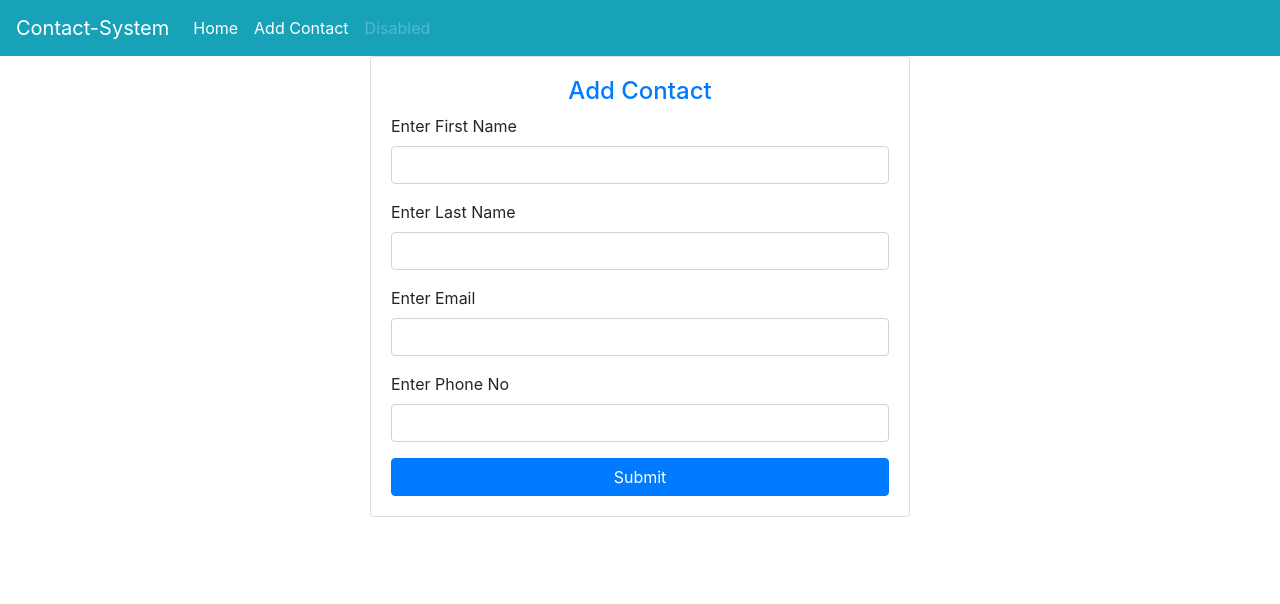
Repository: vivek9099/ContactManage
Page: http://localhost/addemp
An editor plug-in stored every save of this project. The page is shown before and after the next save, followed by the edit.
The browser window is 1280 px wide. The pictures show the whole page.
Some web libraries are served in a nearby version. The page is this project's Thymeleaf template; nobody is signed in. The template is opened directly, without the code that normally fills it, so the values that code supplies are empty.

Above is the page before, as saved 2023-03-28 11:02:14.

### Contact-System/src/main/resources/templates/addemp.html
<!doctype html>
<html lang="en" xmlns:th="http://www.thymeLeaf.com">
  <head>
    <!-- Required meta tags -->
    <meta charset="utf-8">
    <meta name="viewport" content="width=device-width, initial-scale=1, shrink-to-fit=no">

    <!-- Bootstrap CSS -->
    <link rel="stylesheet" href="https://cdn.jsdelivr.net/npm/bootstrap@4.0.0/dist/css/bootstrap.min.css" integrity="sha384-Gn5384xqQ1aoWXA+058RXPxPg6fy4IWvTNh0E263XmFcJlSAwiGgFAW/dAiS6JXm" crossorigin="anonymous">

    <title>HomePage</title>
  </head>
  <body>
  <!-- navbar -->
  <nav class="navbar navbar-expand-lg navbar-dark bg-info">
  <a class="navbar-brand" href="#">Contact-System</a>
  <button class="navbar-toggler" type="button" data-toggle="collapse" data-target="#navbarSupportedContent" aria-controls="navbarSupportedContent" aria-expanded="false" aria-label="Toggle navigation">
    <span class="navbar-toggler-icon"></span>
  </button>

  <div class="collapse navbar-collapse" id="navbarSupportedContent">
    <ul class="navbar-nav mr-auto">
      <li class="nav-item active">
        <a class="nav-link" href="#">Home <span class="sr-only">(current)</span></a>
      </li>
      <li class="nav-item active">
        <a class="nav-link" href="#">Add Contact</a>
      </li>

      <li class="nav-item">
        <a class="nav-link disabled" href="#">Disabled</a>
      </li>
    </ul>

  </div>
</nav>
<!--form-->
<div class="container p-10">
		<div class="row">
			<div class="col-md-6 offset-md-3">
				<div class="card">
					<div class="card-body">
						<h4 class="text-center text-primary">Add Contact</h4>

						<form th:action="@{/register}" method="post">

							<div class="form-group">
								<label>Enter First Name</label> <input type="text"
									class="form-control" name="fname">
							</div>

							<div class="form-group">
								<label>Enter Last Name</label> <input type="text"
									class="form-control" name="lname">
							</div>

							<div class="form-group">
								<label>Enter Email</label> <input type="email"
									class="form-control" name="email">
							</div>


							<div class="form-group">
								<label>Enter Phone No</label> <input type="number"
									class="form-control" name="phno">
							</div>




							<button class="btn btn-primary btn-block">Submit</button>
						</form>
					</div>
				</div>
			</div>
		</div>
	</div>


  </body>
</table>
</div>

    <!-- Optional JavaScript -->
    <!-- jQuery first, then Popper.js, then Bootstrap JS -->
    <script src="https://code.jquery.com/jquery-3.2.1.slim.min.js" integrity="sha384-KJ3o2DKtIkvYIK3UENzmM7KCkRr/rE9/Qpg6aAZGJwFDMVNA/GpGFF93hXpG5KkN" crossorigin="anonymous"></script>
    <script src="https://cdn.jsdelivr.net/npm/popper.js@1.12.9/dist/umd/popper.min.js" integrity="sha384-ApNbgh9B+Y1QKtv3Rn7W3mgPxhU9K/ScQsAP7hUibX39j7fakFPskvXusvfa0b4Q" crossorigin="anonymous"></script>
    <script src="https://cdn.jsdelivr.net/npm/bootstrap@4.0.0/dist/js/bootstrap.min.js" integrity="sha384-JZR6Spejh4U02d8jOt6vLEHfe/JQGiRRSQQxSfFWpi1MquVdAyjUar5+76PVCmYl" crossorigin="anonymous"></script>
  </body>
</html>

After the next save:
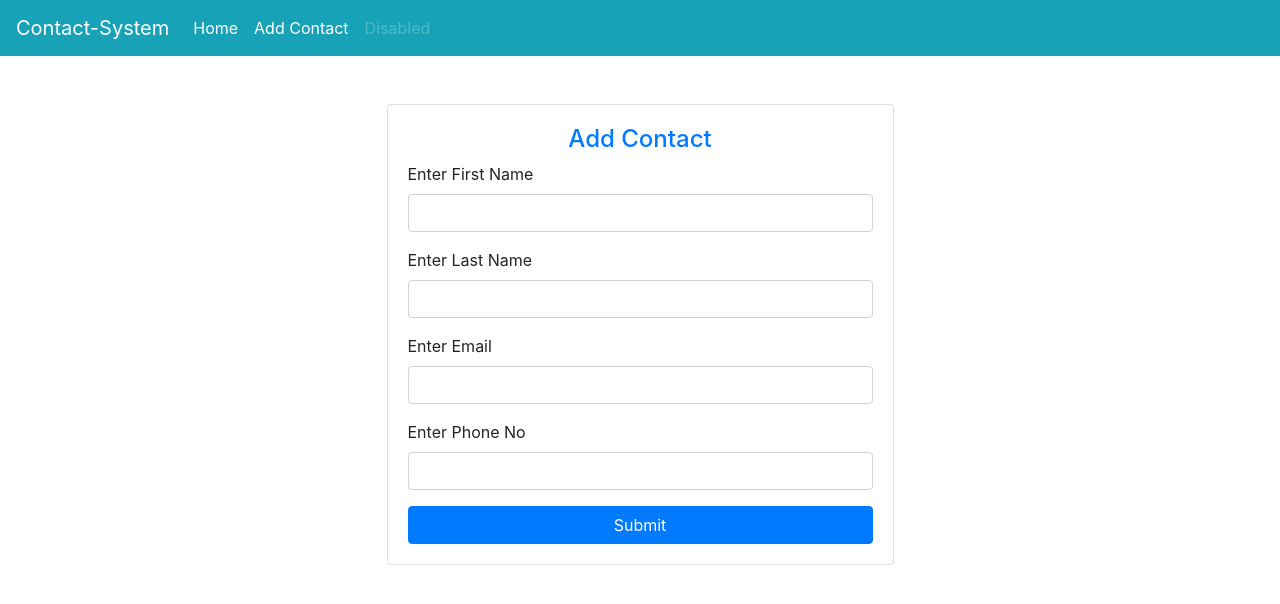
Saved 10 s later.
--- a/Contact-System/src/main/resources/templates/addemp.html
+++ b/Contact-System/src/main/resources/templates/addemp.html
@@ -35,7 +35,7 @@
   </div>
 </nav>
 <!--form-->
-<div class="container p-10">
+<div class="container p-5">
 		<div class="row">
 			<div class="col-md-6 offset-md-3">
 				<div class="card">
